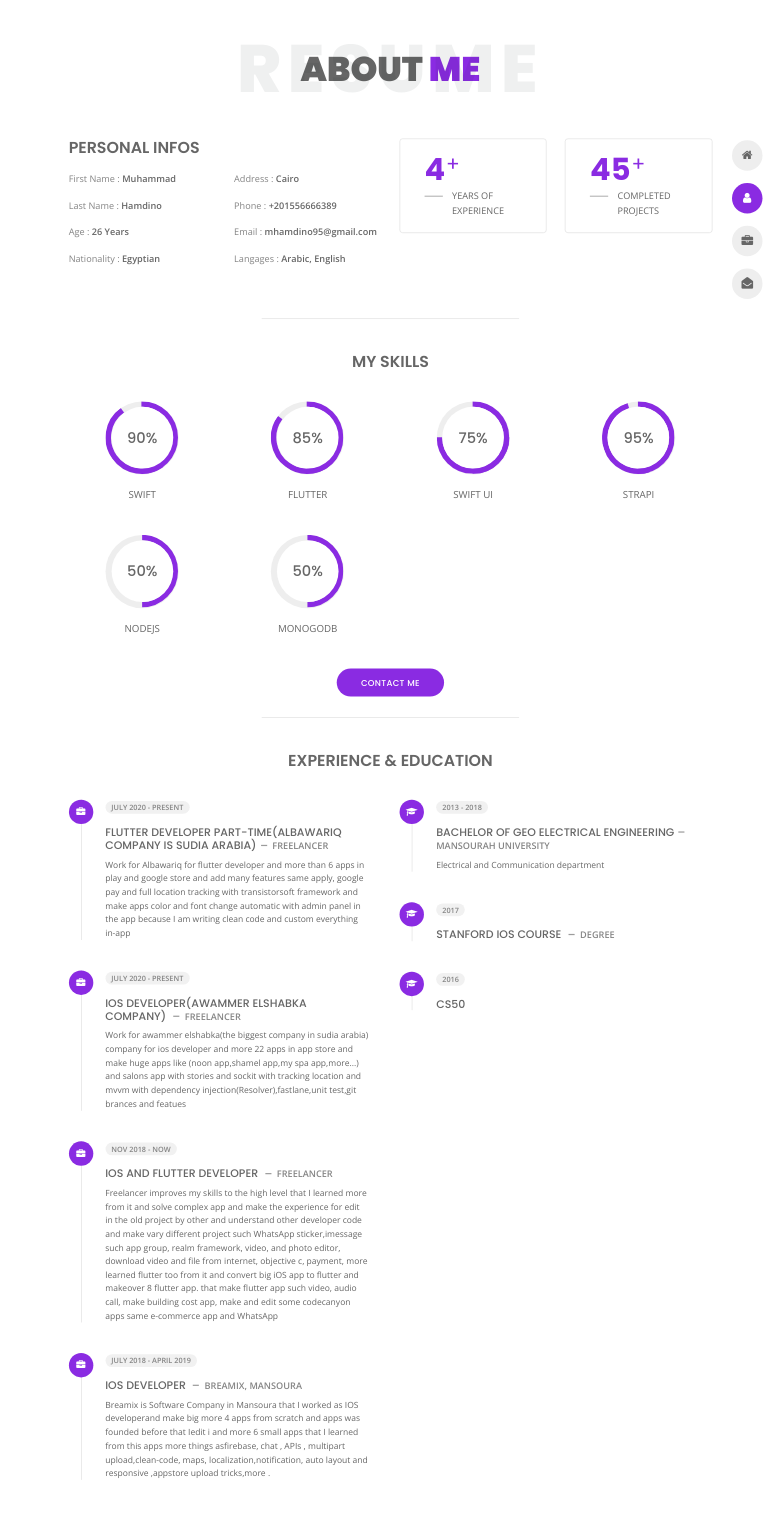
Repository: mhamdimno/mywebsite
Page: about.html
An editor plug-in stored every save of this project. The page is shown before and after the next save, followed by the edit.
The browser window is 1280 px wide. The pictures show the whole page, at 61% of full size.

Above is the page before, as saved 2021-09-10 15:25:28.

After the next save:
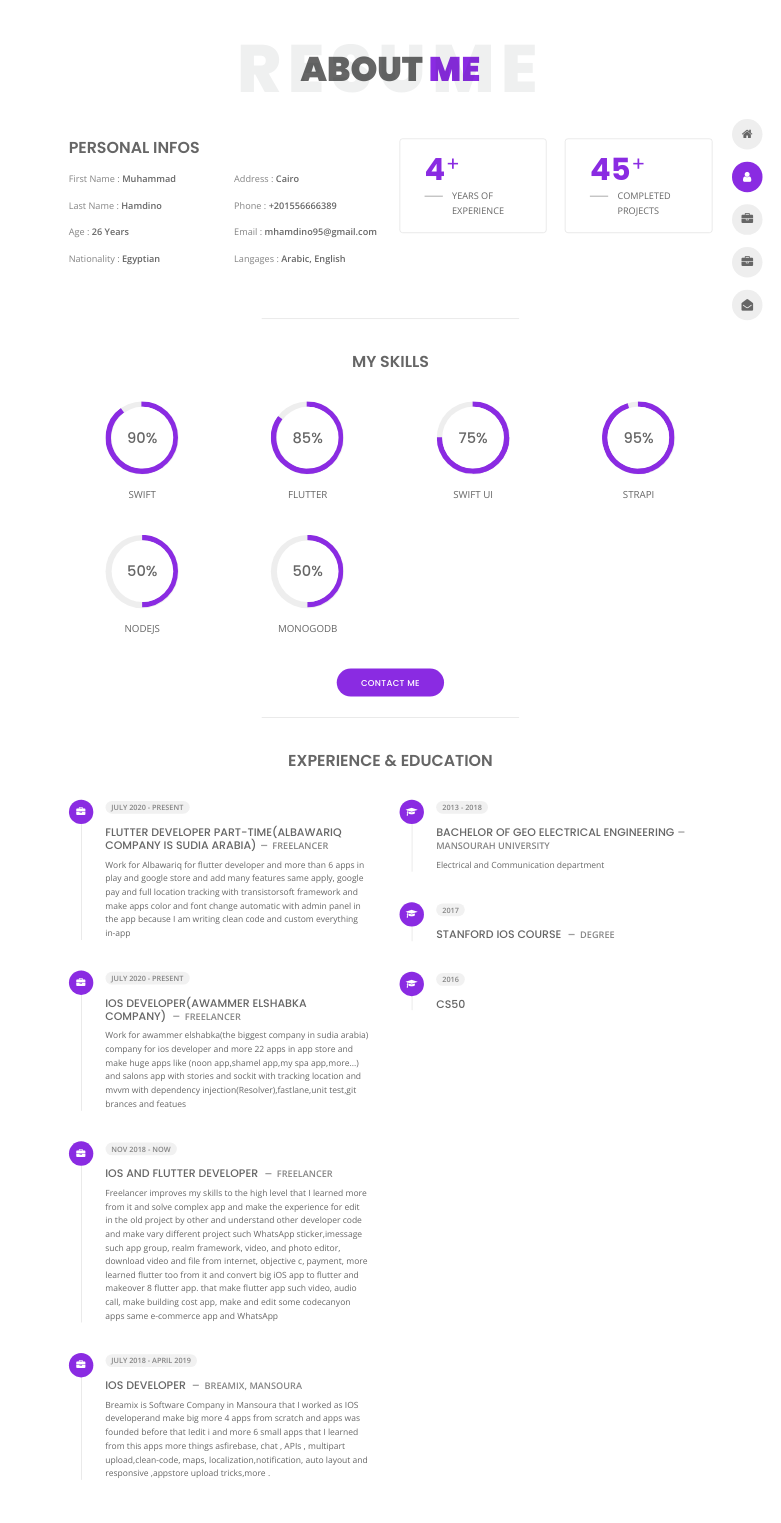
Saved 23 h 26 min later.
--- a/about.html
+++ b/about.html
@@ -43,8 +43,14 @@
         </li>
         <li class="icon-box">
             <i class="fa fa-briefcase"></i>
-            <a href="portfolio.html">
-                <h2>Portfolio</h2>
+            <a href="portfolioIOS.html">
+                <h2>Portfolio IOS</h2>
+            </a>
+        </li>
+        <li class="icon-box">
+            <i class="fa fa-briefcase"></i>
+            <a href="portfolioFlutter.html">
+                <h2>Portfolio Flutter</h2>
             </a>
         </li>
         <li class="icon-box">
